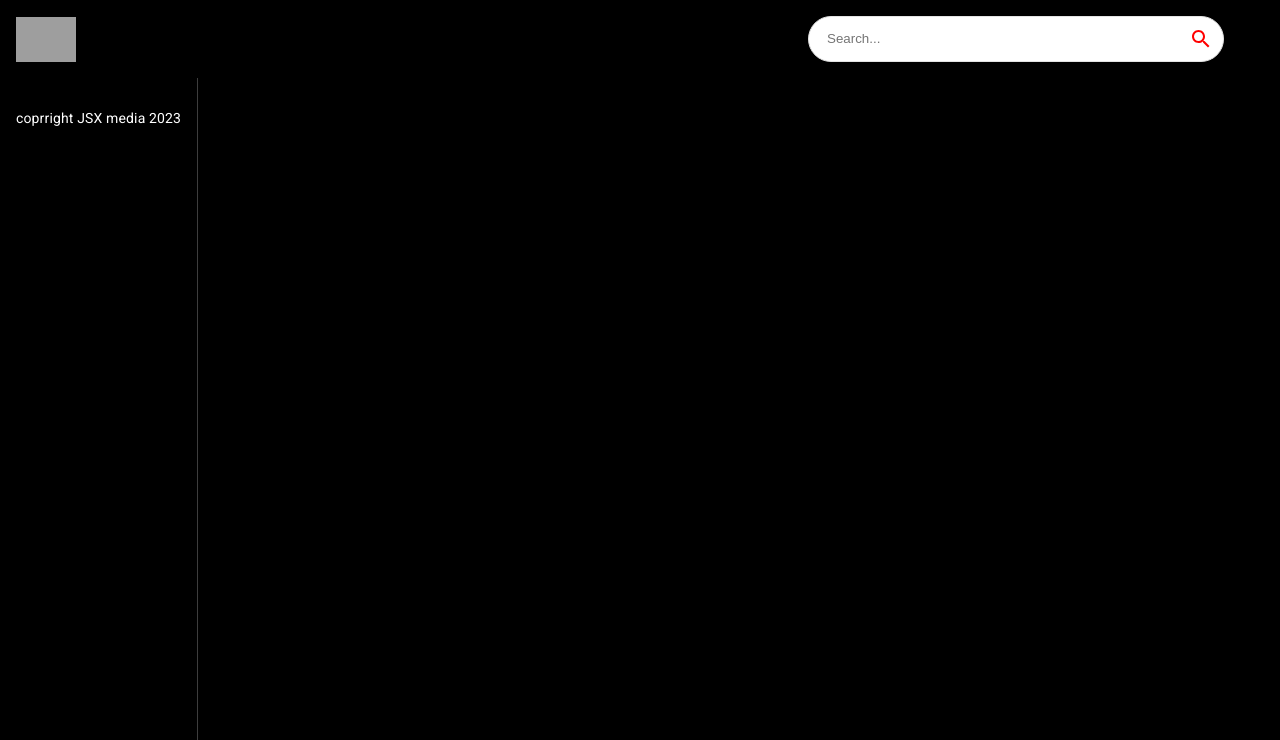
Repository: hieuhieu10/youtube_clone
Page: /
The author's editor kept a copy of each file at every save. The page is drawn from the files as they stood at one save, then again after the next save.
The browser window is 1280 px wide. The pictures show the whole page.
Pictures or frames that could not be fetched are drawn as grey boxes. The project was rebuilt for these pictures with package versions that can differ from the ones it lists, and the page was loaded fresh each time. Also part of the build but not shown: src/utils/constants.js, src/components/ChannelDetail.jsx, src/components/VideoDetail.jsx, src/components/SearchFeed.jsx.

Above is the page before, as saved 2023-04-12 23:38:52.

After the next save:
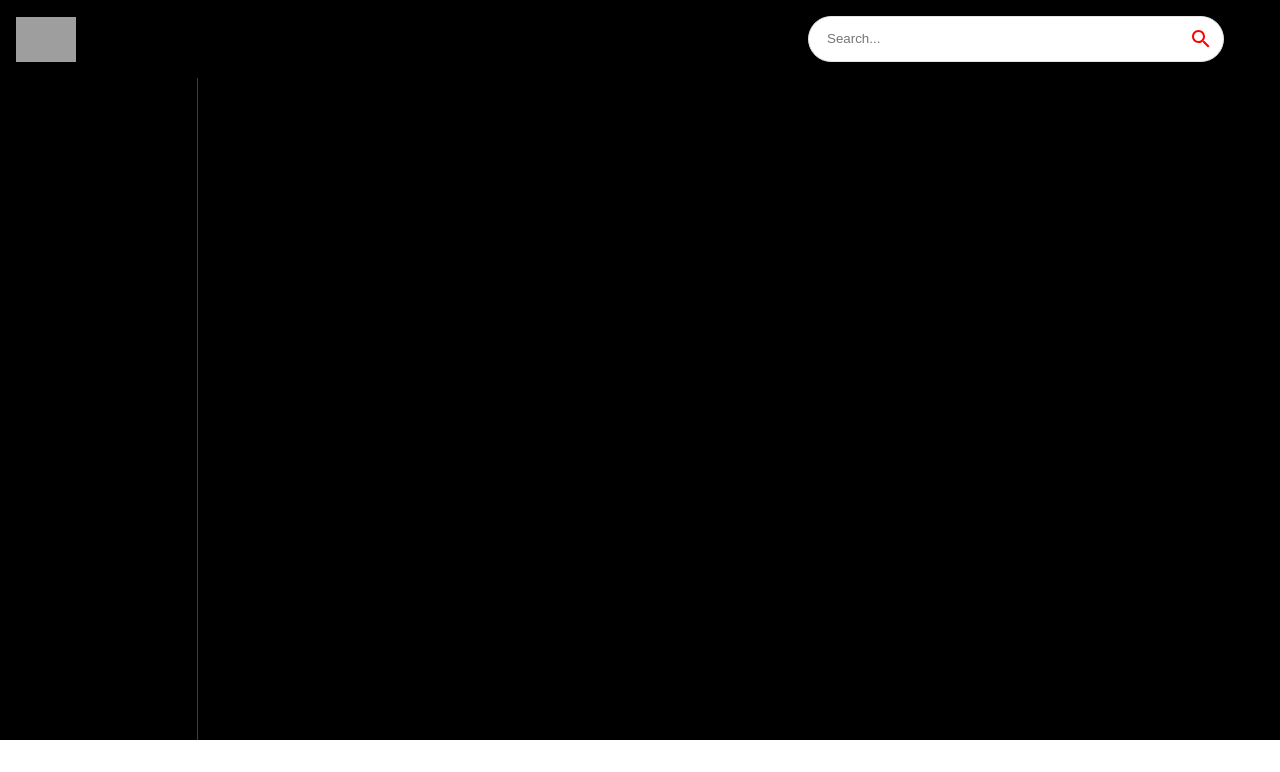
Saved 4 min 21 s later.
--- a/src/components/SideBar.jsx
+++ b/src/components/SideBar.jsx
@@ -2,7 +2,9 @@
 import { categories } from "../utils/constants"
 const SideBar = () => {
   return (
-    <div>SideBar</div>
+    <Stack direction='row' sx={{overflow: 'auto', height: {sx: 'auto', md: '92vh'}}}>
+
+    </Stack>
   )
 }
 
